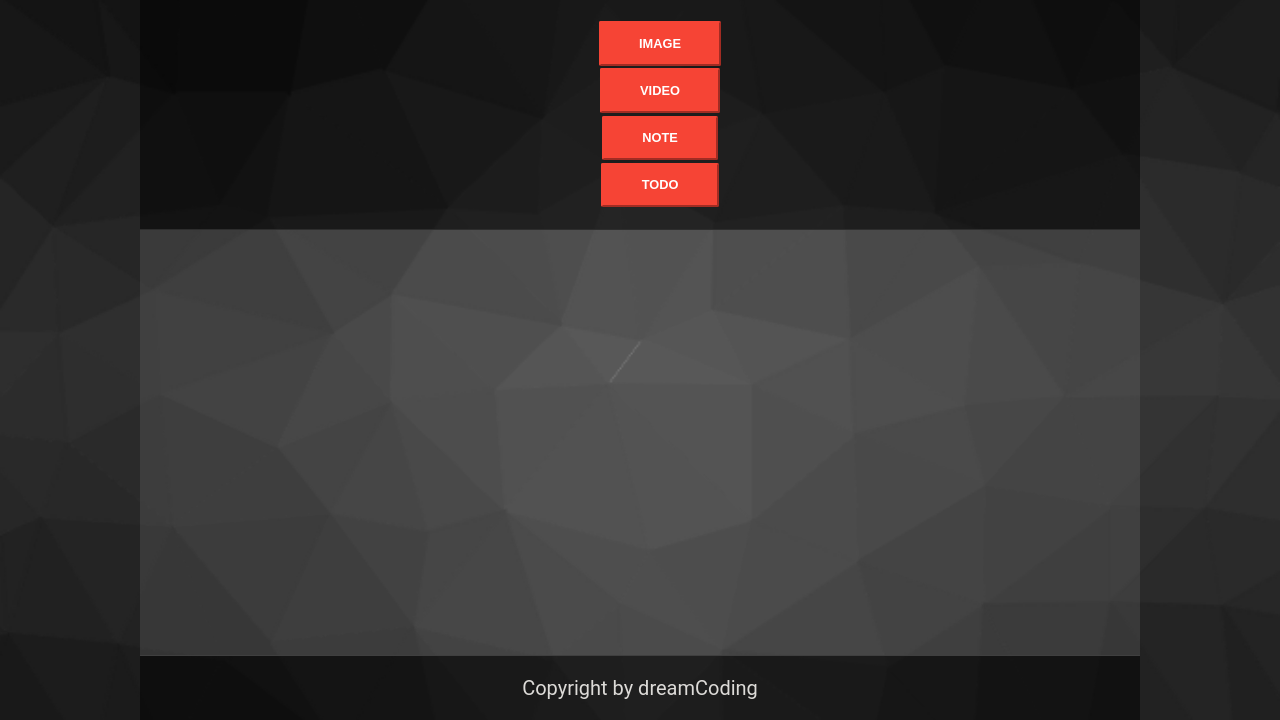
Repository: SeungYn/MotionTs
Page: index.html
These files come from the project's save history. The page is drawn as it stood at one moment and after a run of saves; the edit follows.
The browser window is 1280 px wide. The pictures show the whole page.

Above is the page before, as saved 2022-09-28 17:01:29.
Not found: dict/app.js

After the next 2 saves:
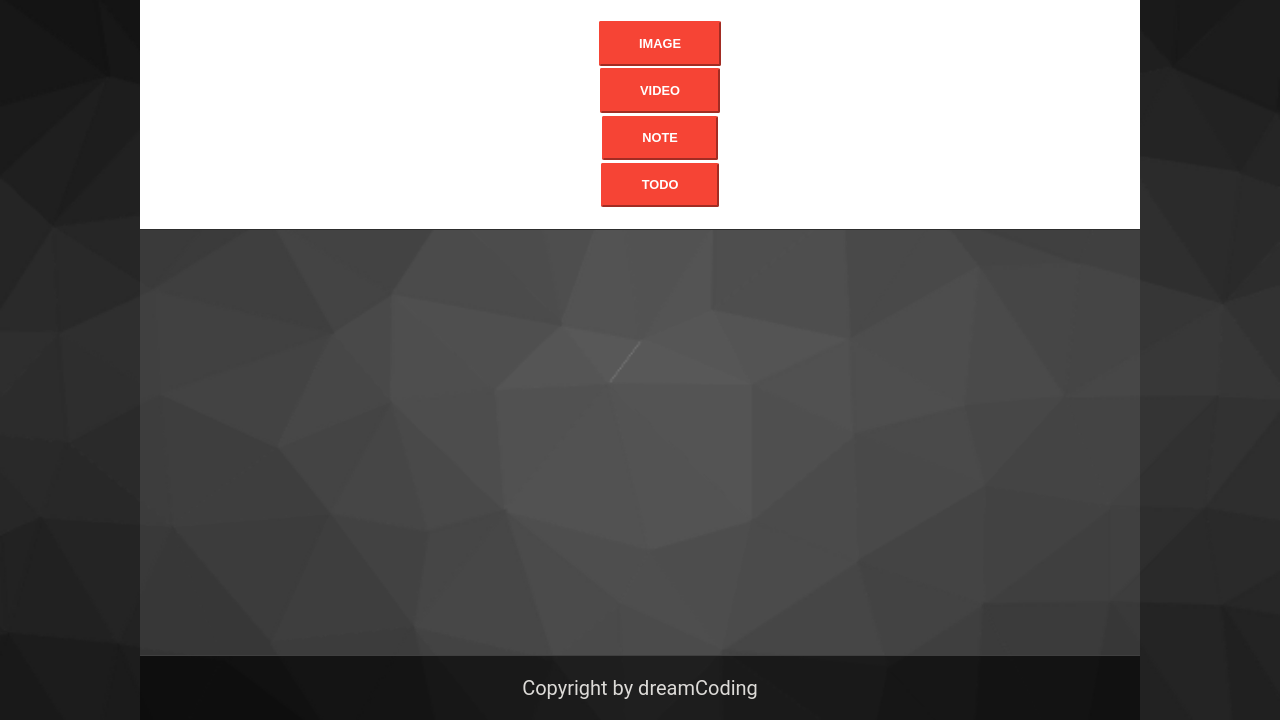
The 2 saves are shown as one change because they came seconds apart.
The last was saved 3 min 43 s later.
--- a/style/styles.css
+++ b/style/styles.css
@@ -55,7 +55,7 @@
 }
 
 .banner {
-  background: var(--bg-main-color);
+  background: white;
   border-bottom: 1px solid var(--bg-accent-color);
   text-align: center;
 }

After the save that followed:
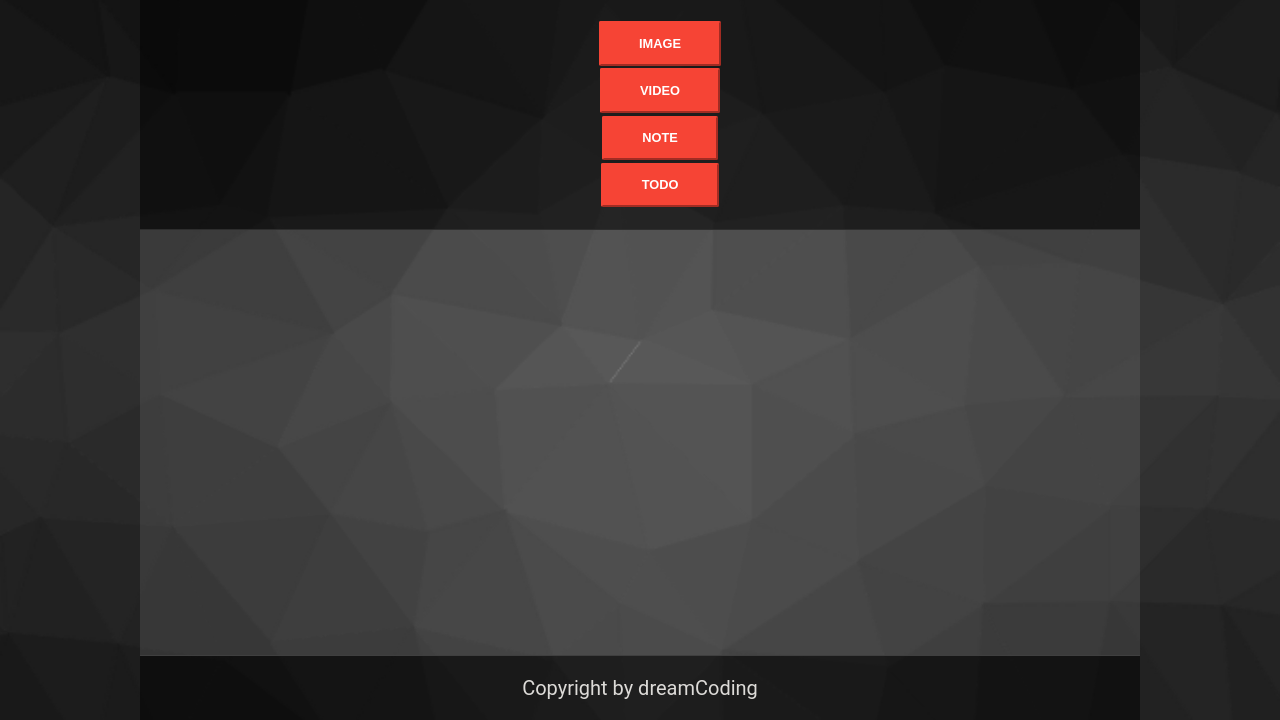
Saved 31 s later.
--- a/style/styles.css
+++ b/style/styles.css
@@ -55,7 +55,7 @@
 }
 
 .banner {
-  background: white;
+  background: var(--bg-main-color);
   border-bottom: 1px solid var(--bg-accent-color);
   text-align: center;
 }
